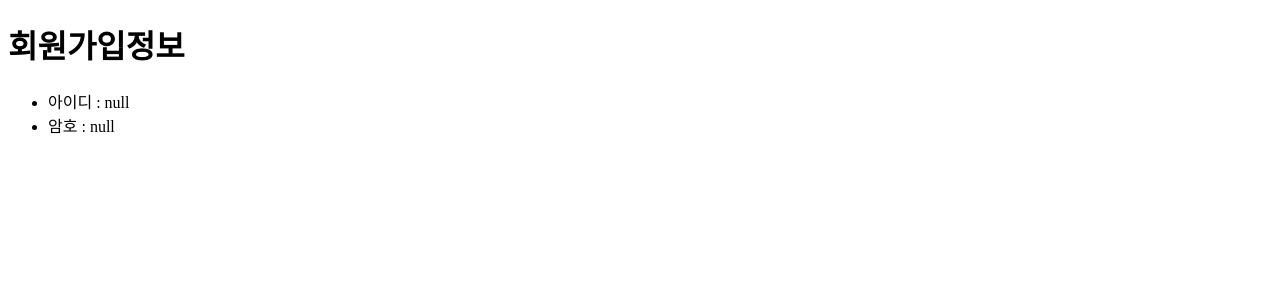
Repository: SeYoung1012/Bitcamp
Page: http://localhost/06_actiontag/ex04_useBeen_proc.jsp
An editor plug-in stored every save of this project. The page is shown before and after the next save, followed by the edit.
The browser window is 1280 px wide. The pictures show the whole page.
The page is served by Tomcat 9. Other server files are loaded and not shown.

Above is the page before, as saved 2021-09-29 05:53:03.

### 60_web/06_actiontag/WebContent/ex04_useBeen_proc.jsp
<%@page import="com.mystudy.MemberVO"%>
<%@ page language="java" contentType="text/html; charset=UTF-8"
    pageEncoding="UTF-8"%>

<%-- 전달 받은 데이터(파라미터값)를 VO에 저장하고 화면 출력
	1. MemberVO 타입의 객체(memberVO)를 생성
	2. 전달받은 파라미터 값을 memberVO 객체(인스턴스)에 저장
	3. memberVO값을 화면에 출력

--%>


 <%--
 	//1. MemberVO 타입의 객체(memberVO)를 생성
 	MemberVO memberVO = new MemberVO();

 	//2. 전달받은 파라미터 값을 memberVO 객체(인스턴스)에 저장
 	memberVO.setId(request.getParameter("id"));
 	memberVO.setPwd(request.getParameter("pwd"));

 --%>

 	<jsp:useBean id="memberVO" class = "com.mystudy.MemberVO"/>
 	<jsp:setProperty property="*" name="memberVO"/>

 <%
 	System.out.println("memberVO: " + memberVO);

 %>


<!DOCTYPE html>
<html>
<head>
<meta charset="UTF-8">
<title>회원가입 정보</title>
</head>
<body>
	<h1> 회원가입정보</h1>
	<ul>
		<li> 아이디 : <%=memberVO.getId() %></li>
		<li> 암호 : <%=memberVO.getPwd() %> </li>
	</ul>


</body>
</html>

### 60_web/06_actiontag/src/com/mystudy/MemberVO.java
package com.mystudy;

import java.util.Arrays;

public class MemberVO {

	private String id, pwd, name;
	private String gender;
	private String[] hobby;



	public String getId() {
		return id;
	}
	public void setId(String id) {
		this.id = id;
	}
	public String getPwd() {
		return pwd;
	}
	public void setPwd(String pwd) {
		this.pwd = pwd;
	}
	public String getName() {
		return name;
	}
	public void setName(String name) {
		this.name = name;
	}
	public String getGender() {
		return gender;
	}
	public void setGender(String gender) {
		this.gender = gender;
	}
	public String[] getHobby() {
		return hobby;
	}
	public void setHobby(String[] hobby) {
		this.hobby = hobby;
	}

	@Override
	public String toString() {
		return "MemberVO [id=" + id + ", pwd=" + pwd + ", name=" + name + ", gender=" + gender + ", hobby="
				+ Arrays.toString(hobby) + "]";
	}




}

After the next save:
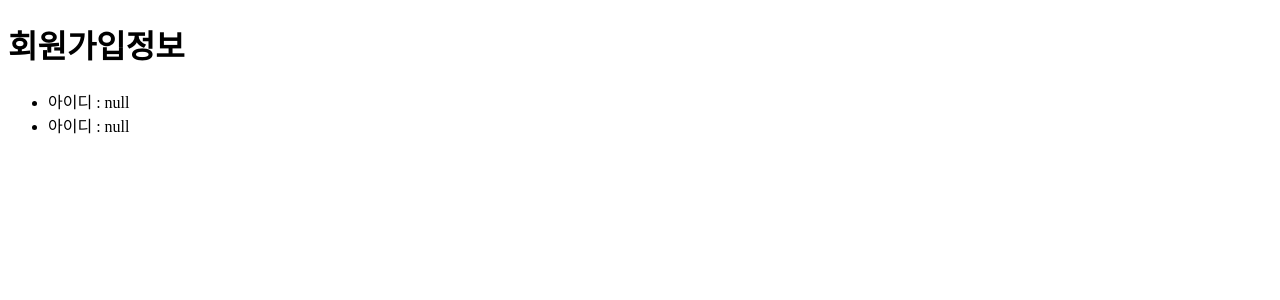
Saved 83 s later.
--- a/60_web/06_actiontag/WebContent/ex04_useBeen_proc.jsp
+++ b/60_web/06_actiontag/WebContent/ex04_useBeen_proc.jsp
@@ -39,7 +39,8 @@
 	<h1> 회원가입정보</h1>
 	<ul>
 		<li> 아이디 : <%=memberVO.getId() %></li>
-		<li> 암호 : <%=memberVO.getPwd() %> </li>
+		<li> 아이디 : <%=memberVO.getPwd() %></li>
+
 	</ul>
 
 

After the 2 saves that followed:
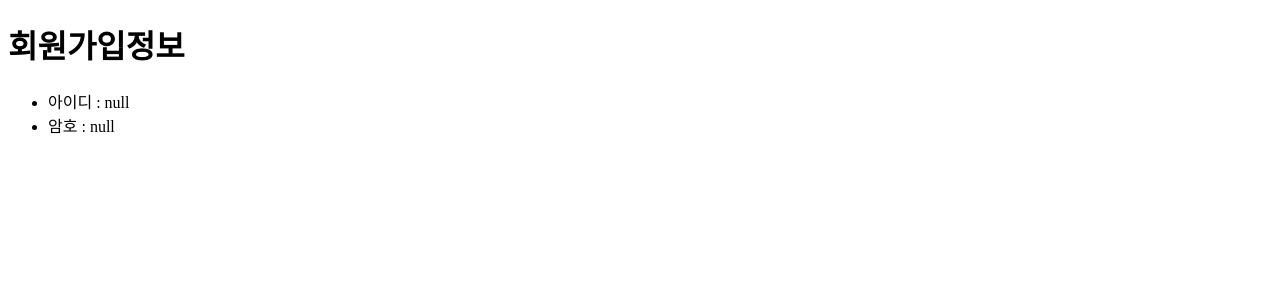
The 2 saves are shown as one change because 1 left the picture as it was.
The last was saved 27 s later.
--- a/60_web/06_actiontag/WebContent/ex04_useBeen_proc.jsp
+++ b/60_web/06_actiontag/WebContent/ex04_useBeen_proc.jsp
@@ -39,8 +39,7 @@
 	<h1> 회원가입정보</h1>
 	<ul>
 		<li> 아이디 : <%=memberVO.getId() %></li>
-		<li> 아이디 : <%=memberVO.getPwd() %></li>
-
+		<li> 암호 : <%=memberVO.getPwd() %></li>
 	</ul>
 
 
